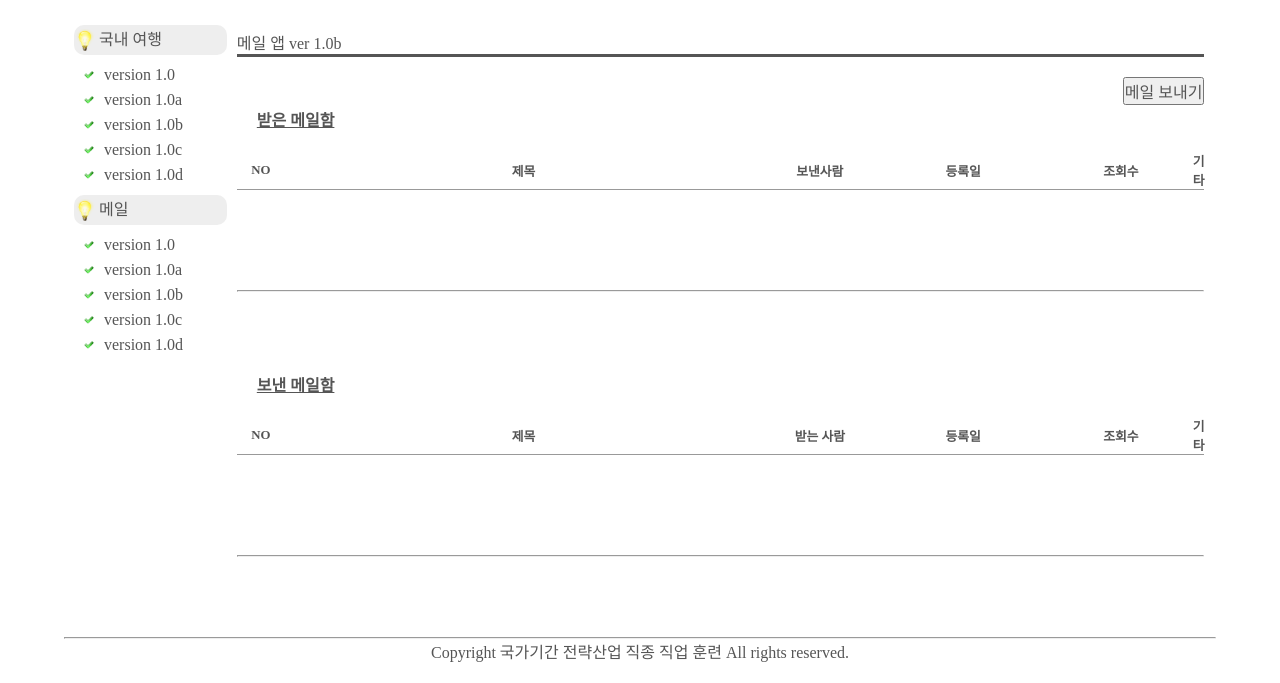
Repository: jangky000/ai_web
Page: http://localhost/blog_v2jc/mail_app1d/list.jsp
The author's editor kept a copy of each file at every save. The page is drawn from the files as they stood at one save, then again after the next save.
The browser window is 1280 px wide. The pictures show the part of the page from y = 210 to 893 px (the page is 893 px tall before and 874 px after).
The page is served by Tomcat 9. Queries for data that is not in the repository find no rows.

Above is the page before, as saved 2020-04-03 05:46:29.

After the next save:
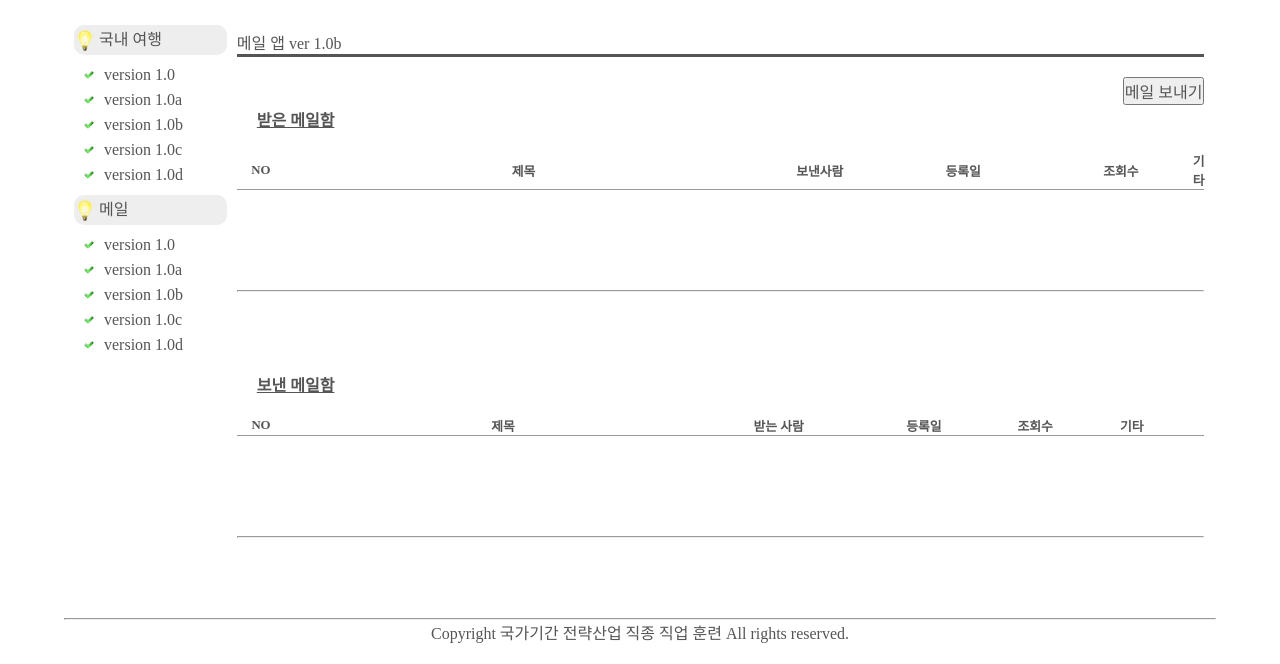
Saved 10 s later.
--- a/ws__frame/blog_v2jc/WebContent/mail_app1d/list.jsp
+++ b/ws__frame/blog_v2jc/WebContent/mail_app1d/list.jsp
@@ -79,10 +79,10 @@ MailDAO mailDAO = new MailDAO(my_ip);
     <caption style="text-align: left; margin: 0 0 20px 20px; text-decoration: underline;"><h2>보낸 메일함</h2></caption>
     <colgroup>
       <col style="width: 5%;">
-      <col style="width: 50%;">
+      <col style="width: 45%;">
       <col style="width: 12%;">
       <col style="width: 18%;">
-      <col style="width: 18%;">
+      <col style="width: 5%;">
       <col style="width: 15%;">
     </colgroup>
     <thead>
